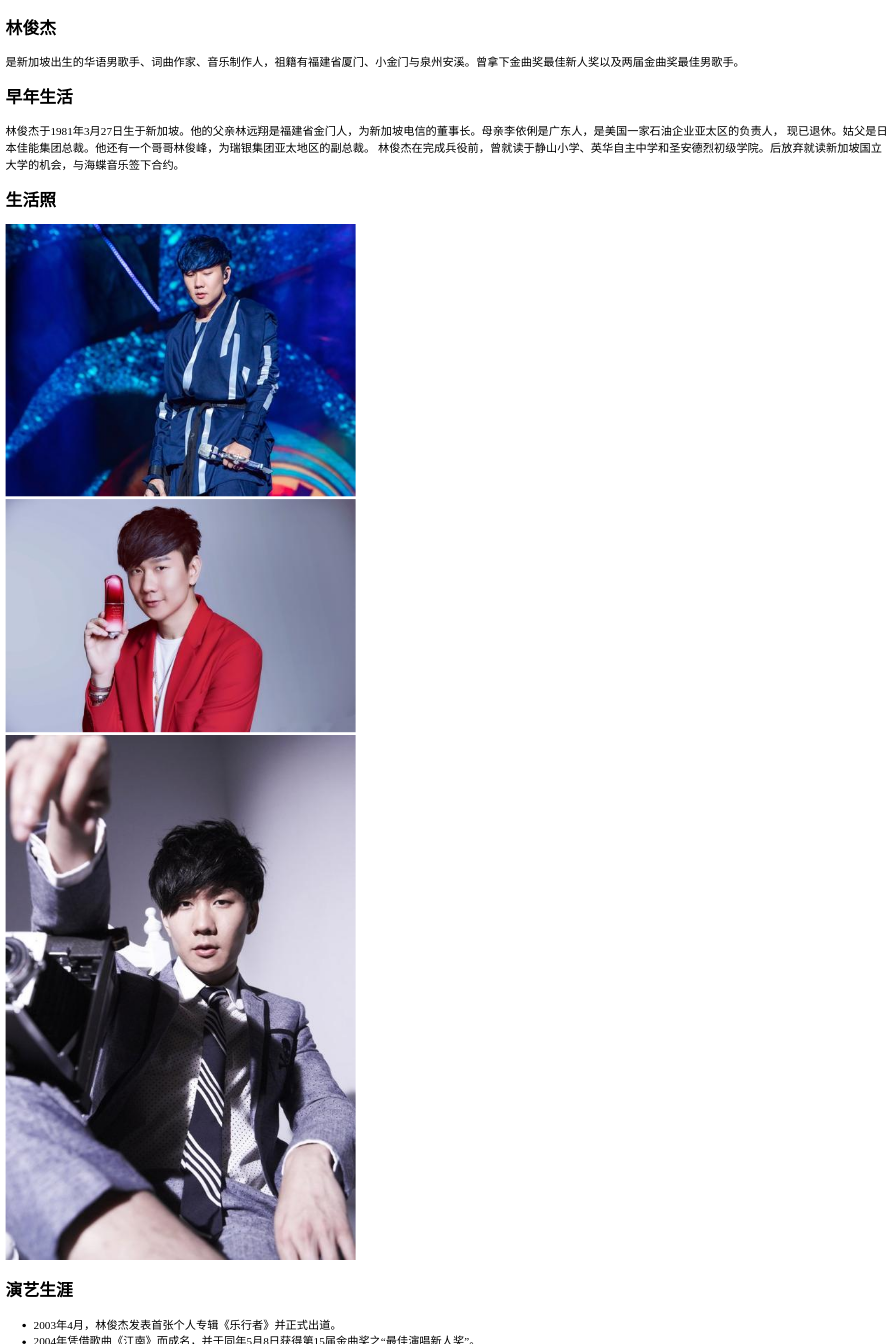
Repository: chenguocan/html_work
Page: html_work.html
These files come from the project's save history. The page is drawn as it stood at one moment and after the next save; the edit follows.
The browser window is 1280 px wide. The pictures show the part of the page from y = 0 to 1920 px (the page is 3463 px tall before and 3307 px after), at 70% of full size.

Above is the page before, as saved 2020-06-26 10:20:46.

After the next save:
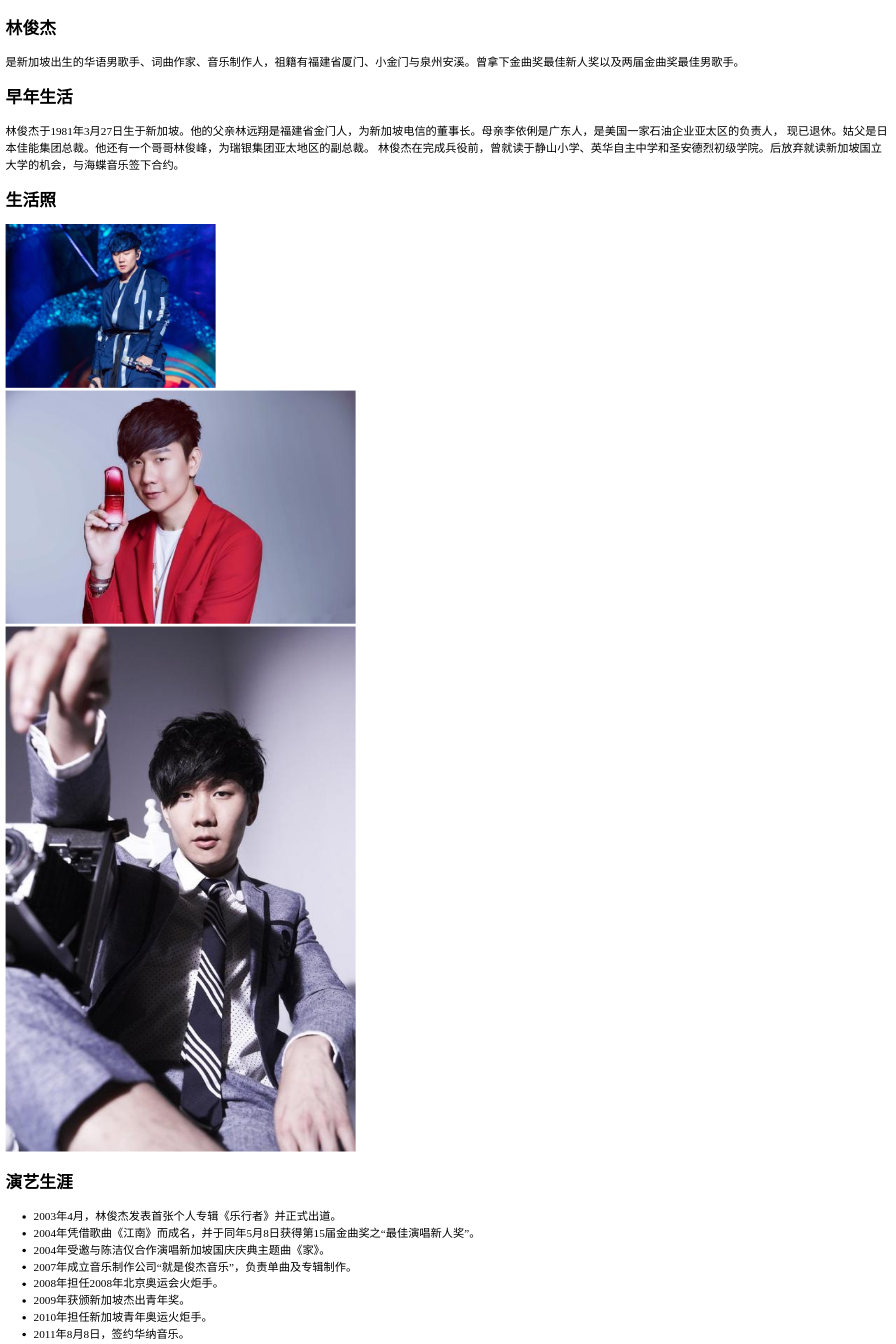
Saved 4 s later.
--- a/html_work.html
+++ b/html_work.html
@@ -32,7 +32,7 @@
         林俊杰在完成兵役前，曾就读于静山小学、英华自主中学和圣安德烈初级学院。后放弃就读新加坡国立大学的机会，与海蝶音乐签下合约。
       </p>
       <h2>生活照</h2>
-      <div><img src="/images/jj1.jpg" alt="图片1" width="500" /></div>
+      <div><img src="/images/jj1.jpg" alt="图片1" width="300" /></div>
       <div><img src="/images/jj2.jpg" alt="图片2" /></div>
       <div><img src="/images/jj3.jpg" alt="图片3" /></div>
       <h2>演艺生涯</h2>
